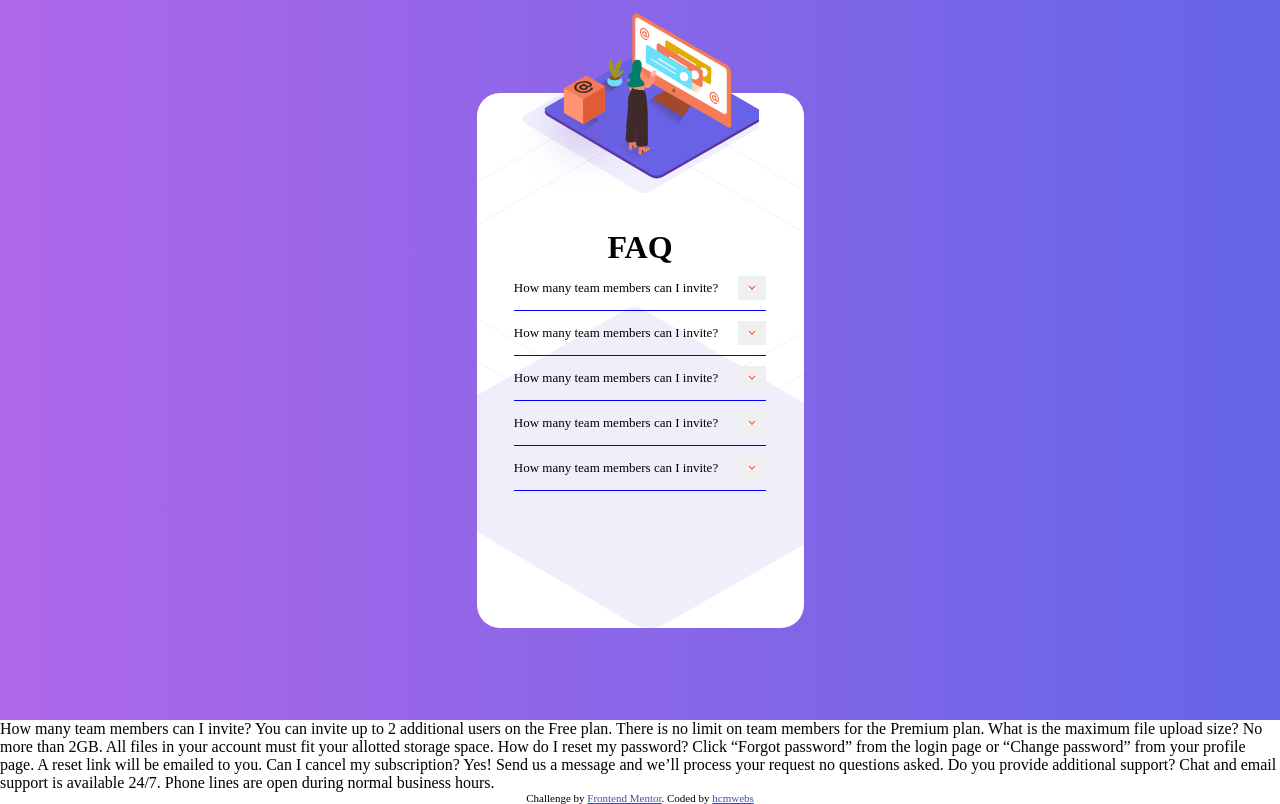
Repository: Hcmwebs/faq-accordion-card
Page: index.html
The author's editor kept a copy of each file at every save. The page is drawn from the files as they stood at one save, then again after the next save.
The browser window is 1280 px wide. The pictures show the whole page.
The style sheet was rebuilt from its Sass, Less or Tailwind sources for each picture, by a compiler version that may differ from the author's.

Above is the page before, as saved 2020-11-06 11:02:08.

### index.html
<!DOCTYPE html>
<html lang="en">
  <head>
    <meta charset="UTF-8" />
    <meta name="viewport" content="width=device-width, initial-scale=1.0" />
    <!-- displays site properly based on user's device -->

    <link
      rel="icon"
      type="image/png"
      sizes="32x32"
      href="./images/favicon-32x32.png"
    />
    <link rel="stylesheet" href="css/main.min.css" />

    <title>Frontend Mentor | FAQ Accordion Card</title>

    <!-- Feel free to remove these styles or customise in your own stylesheet 👍 -->
    <style>
      .attribution {
        font-size: 11px;
        text-align: center;
      }
      .attribution a {
        color: hsl(228, 45%, 44%);
      }
    </style>
  </head>
  <body>
    <div class="container">
      <div class="card">
        <div class="card__header">
          <img
            src="/images/illustration-woman-online-mobile.svg"
            alt="image of a woman online"
          />
        </div>

        <div class="card__body">
          <h1 class="card__body--title">faq</h1>
          <div class="card__body--item">
            <div class="card__body--item--title">
              <h2>How many team members can I invite?</h2>
              <button>
                <img src="/images/icon-arrow-down.svg" alt="icon-arrow-down" />
              </button>
            </div>
            <p>
              You can invite up to 2 additional users on the Free plan.There is
              no limit on team members for the Premium plan.
            </p>
            <div class="card__body--item--divider"></div>
          </div>

          <div class="card__body--item">
            <div class="card__body--item--title">
              <h2>How many team members can I invite?</h2>
              <button>
                <img src="/images/icon-arrow-down.svg" alt="icon-arrow-down" />
              </button>
            </div>
            <p>
              You can invite up to 2 additional users on the Free plan.There is
              no limit on team members for the Premium plan.
            </p>
            <div class="card__body--item--divider"></div>
          </div>

          <div class="card__body--item">
            <div class="card__body--item--title">
              <h2>How many team members can I invite?</h2>
              <button>
                <img src="/images/icon-arrow-down.svg" alt="icon-arrow-down" />
              </button>
            </div>
            <p>
              You can invite up to 2 additional users on the Free plan.There is
              no limit on team members for the Premium plan.
            </p>
            <div class="card__body--item--divider"></div>
          </div>

          <div class="card__body--item">
            <div class="card__body--item--title">
              <h2>How many team members can I invite?</h2>
              <button>
                <img src="/images/icon-arrow-down.svg" alt="icon-arrow-down" />
              </button>
            </div>
            <p>
              You can invite up to 2 additional users on the Free plan.There is
              no limit on team members for the Premium plan.
            </p>
            <div class="card__body--item--divider"></div>
          </div>

          <div class="card__body--item">
            <div class="card__body--item--title">
              <h2>How many team members can I invite?</h2>
              <button>
                <img src="/images/icon-arrow-down.svg" alt="icon-arrow-down" />
              </button>
            </div>
            <p>
              You can invite up to 2 additional users on the Free plan.There is
              no limit on team members for the Premium plan.
            </p>
            <div class="card__body--item--divider"></div>
          </div>
        </div>
      </div>
    </div>

    How many team members can I invite? You can invite up to 2 additional users
    on the Free plan. There is no limit on team members for the Premium plan.
    What is the maximum file upload size? No more than 2GB. All files in your
    account must fit your allotted storage space. How do I reset my password?
    Click “Forgot password” from the login page or “Change password” from your
    profile page. A reset link will be emailed to you. Can I cancel my
    subscription? Yes! Send us a message and we’ll process your request no
    questions asked. Do you provide additional support? Chat and email support
    is available 24/7. Phone lines are open during normal business hours.

    <div class="attribution">
      Challenge by
      <a href="https://www.frontendmentor.io?ref=challenge" target="_blank"
        >Frontend Mentor</a
      >. Coded by
      <a
        href="https://github.com/Hcmwebs/faq-accordion-card.git"
        target="_blank"
        rel="noopener noreferrer"
        >hcmwebs</a
      >
    </div>
  </body>
</html>

### scss/main.scss

// /*====fonts====*/

// @import url('https://fonts.googleapis.com/css2?family=Kumbh+Sans:wght@400;700&display=swap');

// $font-stack: 'Kumbh Sans',sans-serif;
// $font-size: 10px;
// $font-light: 400;
// $font-bold: 700;


// /*====primary color====*/
// /*====text-color====*/

// $veryDarkDesaturatedBlue: hsl(238, 29%, 16%);
// $softRed: hsl(14, 88%, 65%);

// /*====background -gradient====*/

// $gradientSoftViolet: hsl(273, 75%, 66%);
// $gradientSoftBlue: hsl(240, 73%, 65%);

// /*====Neutral color====*/
// /*====text-color====*/

// $veryDarkGrayishBlue: hsl(237, 12%, 33%);
// $darkGrayishBlue: hsl(240, 6%, 50%);

// /*====dividers-color====*/

// $dividersLightGrayishBlue: hsl(240, 5%, 91%);

@import 'variables';
@import 'mixins';


*{
  margin: 0;
  padding: 0;
  box-sizing: border-box;
}

.body{
width: 100%;
height: 100vh;
font-family: 'Kumbh Sans',sans-serif;
font-size: $font-size;
font-weight: $font-light;
@include grid($center, $center);
}

.container{
  width: 100%;
  height: 100vh;
  background: linear-gradient(90deg,$gradientSoftViolet 0%,$gradientSoftBlue 100%);
  @include flex($column, $center, $center);

  .card{
    width: 327px;
    height:535px;
    background-color: #fff;
    border-radius:23px;
    padding: 10px;
    @include flex($column,$center,$center);
    position: relative;


    &__header{
      width: 237px;
      height: 180px;
      background-image: url(/images/bg-pattern-mobile.svg );
      background-size:contain;
      background-repeat: no-repeat;
      background-position: bottom center;
      position: absolute;
      top: -50px;
      transform: translateY(-30px);

      img{
        width: 100%;
        height: 100%;
        object-fit: cover;
      }

    }


    &__body{
      width: 100%;
      @include grid($center,$center);
      grid-template-columns: 1fr;
      gap: 5px;


      &--title{
      font-weight: $font-bold;
      font-size: 32px;
      text-transform: uppercase;
      margin: 0 auto;
      }

      &--item{
        width: 279px;
        margin: 0 auto;
        padding:0 10px;
        @include grid($center,$center);
        gap: 5px;
        cursor: pointer;
        transition: all 0.75s ease-in-out;

        &:hover{
          transform: scale(0.98);
          box-shadow: 0 2px 20px $darkGrayishBlue;
        }


        &--title{
          padding: 5px 0;
          @include flex($row,$spaceBetween,$center);

          h2{
            font-size: 13px;
            font-weight: $font-light;
          }

          button{
            margin-left: 20px;
            padding: 10px;
            cursor: pointer;
            border: none;
            @include grid($center,$center);
            transition: all 0.75s ease-in-out;


            img{
              width: 8px;
              height: 4px;
              display: block;
              object-fit: cover;
              color:$softRed;
              background-color:#fff;

            }

          }
        }

        p{
          width: 85%;
          font-size: 13px;
          display: none;
        }

        &--divider{
          width: 100%;
          height: 1px;
          background-color:$dividersLightGrayishBlue;
          background-color:blue;
        }
      }




    }

  }
}

@import 'medias';

### scss/_variables.scss
/*====fonts====*/

@import url('https://fonts.googleapis.com/css2?family=Kumbh+Sans:wght@400;700&display=swap');

$font-stack: 'Kumbh Sans',sans-serif;
$font-size: 10px;
$font-light: 400;
$font-bold: 700;


/*====primary color====*/
/*====text-color====*/

$veryDarkDesaturatedBlue: hsl(238, 29%, 16%);
$softRed: hsl(14, 88%, 65%);

/*====background -gradient====*/

$gradientSoftViolet: hsl(273, 75%, 66%) ;
$gradientSoftBlue: hsl(240, 73%, 65%);

/*====Neutral color====*/
/*====text-color====*/

$veryDarkGrayishBlue: hsl(237, 12%, 33%);
$darkGrayishBlue: hsl(240, 6%, 50%);

/*====dividers-color====*/

$dividersLightGrayishBlue: hsl(240, 5%, 91%);


/*====alignments====*/
$flexStart: flex-start;
$flexEnd: flex-End;
$center: center;
$spaceAround: space-around;
$spaceBetween: space-between;


/*====placeItems====*/

$placeItems: place-items;


/*====justify====*/

$justify: justify-content;

/*====align====*/
$align: align-items;

/*====direction====*/
$direction: flex-direction;
$row:row;
$column:column;

### scss/_mixins.scss
/*====grid====*/
@mixin grid ($justify,$align){

  display: grid;
  justify-content: $justify;
  align-items: $align;
}

@mixin flex ($direction, $justify, $align) {
  display: flex;
  flex-direction: $direction;
  justify-content: $justify;
  align-items: $align;

}

### scss/_medias.scss
/*====Mobile: 375px;====*/
/*====Desktop: 1440px;====*/


@media(max-width: 1440px){
  .container{
    min-width: 800px;


    .card{
      background-position: center center;
      background-repeat:no-repeat;
      background-size:cover;
      background-image:url(/images/bg-pattern-desktop.svg);
    }
  }
}

@media(max-width:375px){
  .container{
    min-width:320px;
  }
}

After the next save:
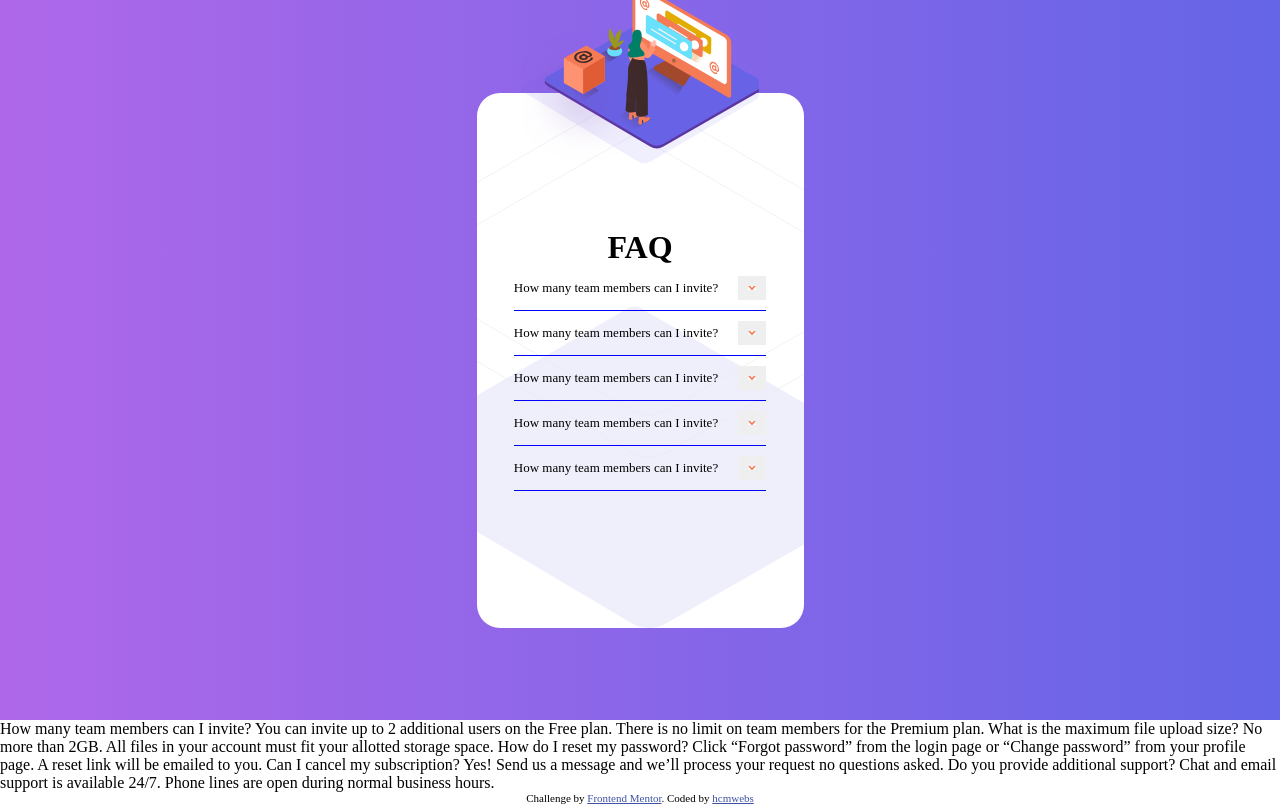
Saved 50 s later.
--- a/scss/main.scss
+++ b/scss/main.scss
@@ -73,7 +73,7 @@ font-weight: $font-light;
       background-repeat: no-repeat;
       background-position: bottom center;
       position: absolute;
-      top: -50px;
+      top: -80px;
       transform: translateY(-30px);
 
       img{
